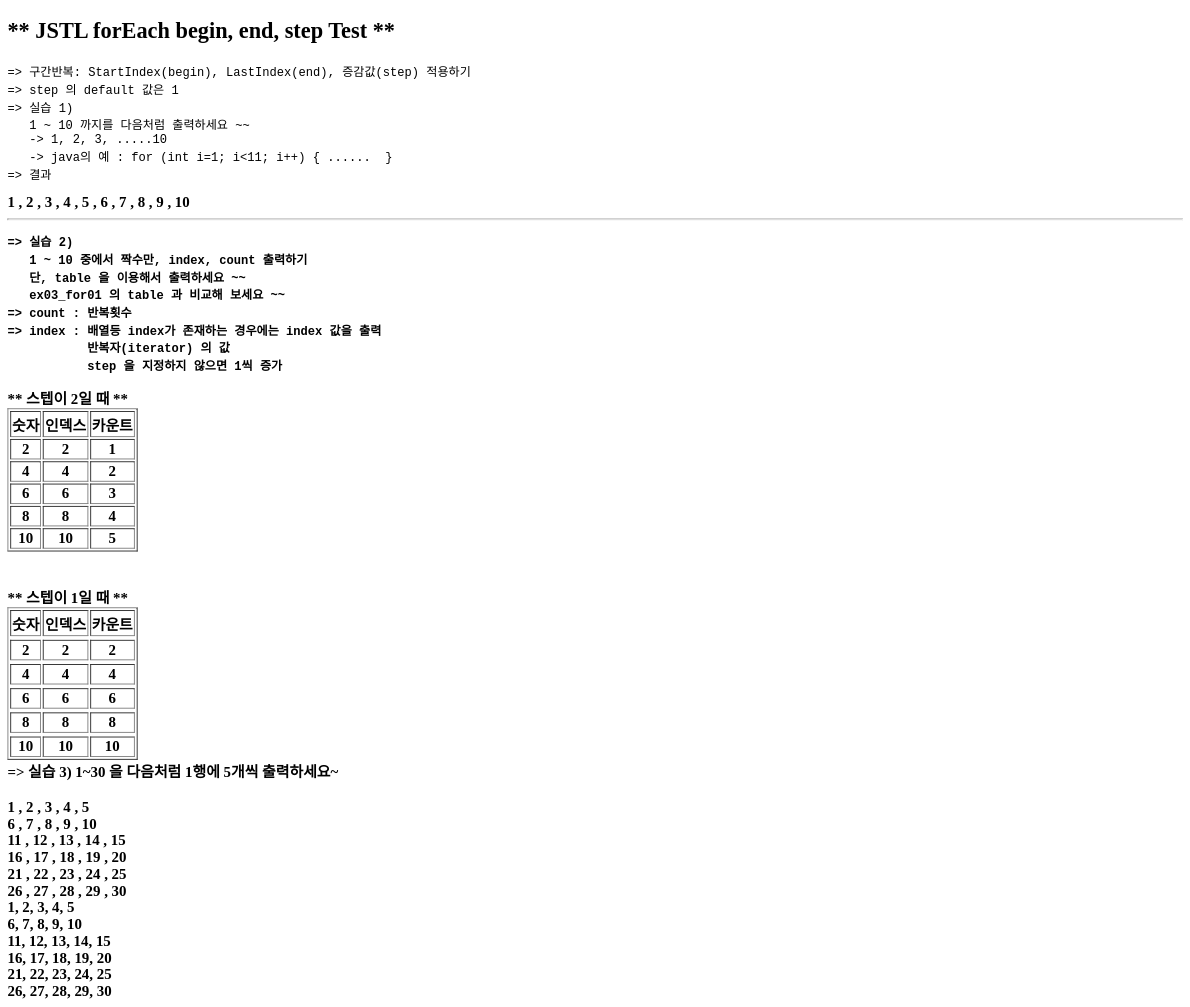
Repository: JYH94/JAVA
Page: http://localhost/web01/jsp03_jstl/ex03_for02.jsp
The author's editor kept a copy of each file at every save. The page is drawn from the files as they stood at one save, then again after the next save.
The browser window is 1280 px wide. The pictures show the whole page, at 93% of full size.
The page is served by Tomcat 9. Other server files are loaded and not shown.

Above is the page before, as saved 2024-01-17 01:47:45.

### web01/src/main/webapp/jsp03_jstl/ex03_for02.jsp
<%@ page language="java" contentType="text/html; charset=UTF-8"
    pageEncoding="UTF-8"%>
<%@ taglib uri="http://java.sun.com/jsp/jstl/core" prefix="c" %>
<!DOCTYPE html>
<html>
<head>
<meta charset="UTF-8">
<title>** JSTL forEach begin, end, step Test **</title>
</head>
<body>
<h2>** JSTL forEach begin, end, step Test **</h2>
<pre>
=> 구간반복: StartIndex(begin), LastIndex(end), 증감값(step) 적용하기
=> step 의 default 값은 1
=> 실습 1)
   1 ~ 10 까지를 다음처럼 출력하세요 ~~
   -> 1, 2, 3, .....10
   -> java의 예 : for (int i=1; i<11; i++) { ......  }
=> 결과
</pre>
<b>

<c:forEach begin="1" end="10" var="number" step="1" varStatus="vs">
	${number}
	${vs.last ? "" : ", " }
</c:forEach>

<hr><pre>
=> 실습 2)
   1 ~ 10 중에서 짝수만, index, count 출력하기
   단, table 을 이용해서 출력하세요 ~~
   ex03_for01 의 table 과 비교해 보세요 ~~
=> count : 반복횟수
=> index : 배열등 index가 존재하는 경우에는 index 값을 출력
           반복자(iterator) 의 값
           step 을 지정하지 않으면 1씩 증가
</pre>

** 스텝이 2일 때 **
<table border=1; style="text-align:center; "width:90%;>
<tr>
	<th>숫자</th>
	<th>인덱스</th>
	<th>카운트</th>
</tr>
<c:forEach var="num" step="2" begin="2" end="10" varStatus="Q">
	<tr>
		<td>${num}</td>
		<td>${Q.index}</td>
		<td>${Q.count}</td>
	</tr>
</c:forEach>
</table>

<br>
<br>

** 스텝이 1일 때 **
<table border=1 style="text-align:center; "width:90%;>
<tr>
	<th>숫자</th>
	<th>인덱스</th>
	<th>카운트</th>
</tr>
<c:forEach var="num" begin="1" end="10" varStatus="Q">
	<tr>
		<c:if test="${num%2 == 0}">
			<td>${num}</td>
			<td>${Q.index}</td>
			<td>${Q.count}</td>
		</c:if>

		<c:if test="${num%2 != 0}"></c:if>

	</tr>
</c:forEach>
<!--
위 반복문을 돌리면 숫자가 2,4,6,8,10 이 찍히고
인덱스도 2,4,6,8,10이 찍히는 모습을 볼 수 있다.
그 이유는 시작점이 1 / 종료점이 10일 뿐이지 배열이 아니기 때문이다.
forEach반복문이 1부터 돌면서 조건문을 통해 건너뛰기 때문에
인덱스가 1,2,3,4,5가 아닌 2,4,6,8,10이 찍힌다.
 -->
</table>

=> 실습 3) 1~30 을 다음처럼 1행에 5개씩 출력하세요~<br>
<!--
1,2,3,4,5
6,7,8,9,10
11,12,13,14,15
...
............30 -->
<br>
<c:forEach var="num1" begin="0" end="5" varStatus="vs1">
	<c:forEach var="num2" begin="${5*num1 + 1}" end="${5*num1 + 5}" varStatus="vs2">
		<%-- <c:if test="${vs2.last == false}">
			${num2},
		</c:if>
		<c:if test="${vs2.last}">
			${num2}<br>
		</c:if>
		 --%>
		${num2}
		${vs2.last ? "<br>" : ", "}
	</c:forEach>
</c:forEach>

<c:forEach var="i" begin="1" end="30" step="1" varStatus="vs">
	<c:choose>
		<c:when test="${i %5 != 0}">
			${i},
		</c:when>

		<c:when test="${i %5 == 0}">
			${i}
			<br>
		</c:when>
	</c:choose>
</c:forEach>






</b>
</body>
</html>

After the next save:
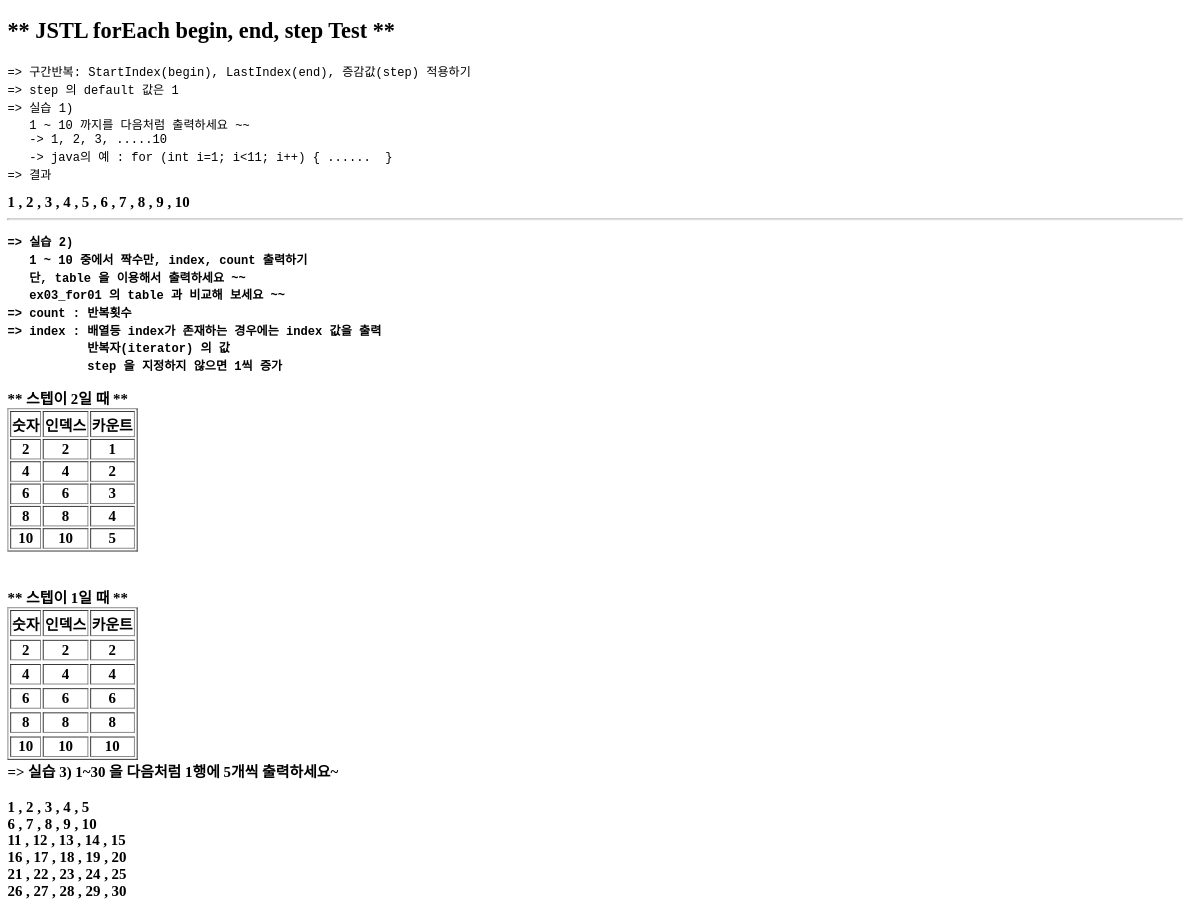
Saved 18 s later.
--- a/web01/src/main/webapp/jsp03_jstl/ex03_for02.jsp
+++ b/web01/src/main/webapp/jsp03_jstl/ex03_for02.jsp
@@ -105,7 +105,7 @@ forEach반복문이 1부터 돌면서 조건문을 통해 건너뛰기 때문에
 	</c:forEach>
 </c:forEach>
 
-<c:forEach var="i" begin="1" end="30" step="1" varStatus="vs">
+<%-- <c:forEach var="i" begin="1" end="30" step="1" varStatus="vs">
 	<c:choose>
 		<c:when test="${i %5 != 0}">
 			${i},
@@ -117,7 +117,7 @@ forEach반복문이 1부터 돌면서 조건문을 통해 건너뛰기 때문에
 		</c:when>
 	</c:choose>
 </c:forEach>
-
+ --%>
 
 
 
